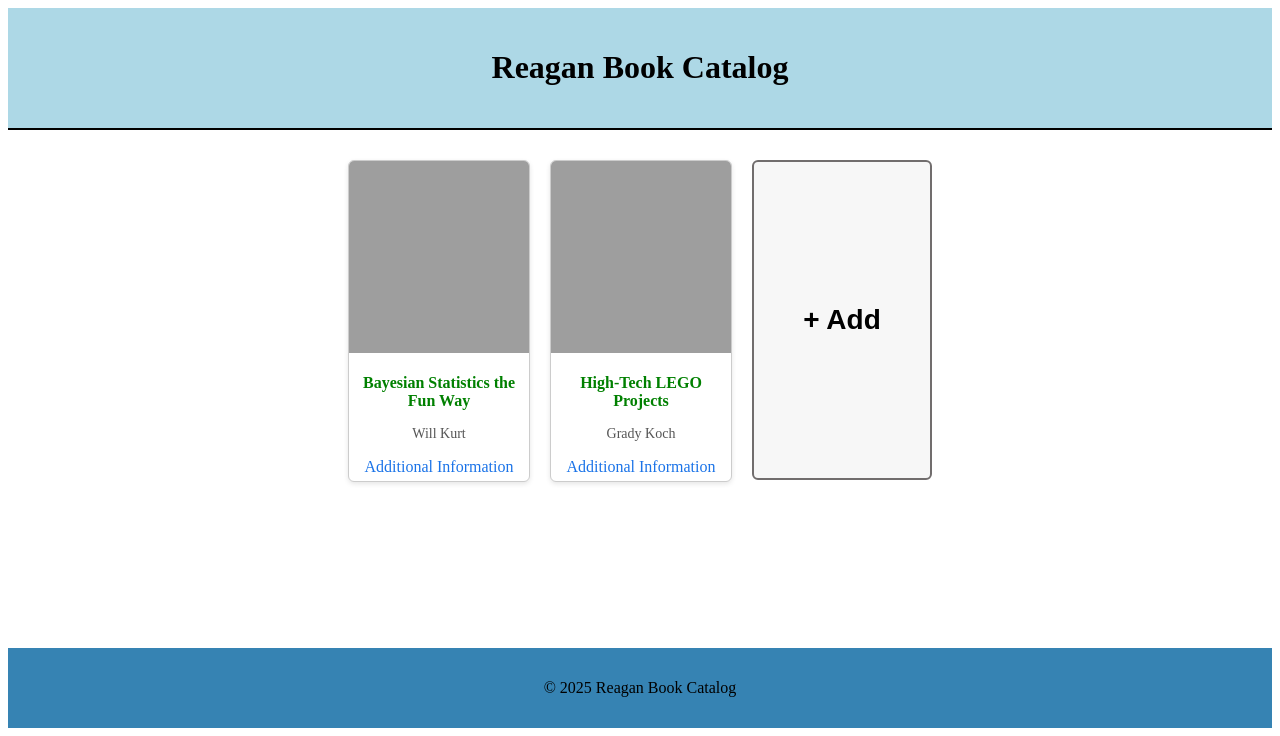
Repository: antyc0817/COMP-3170-Assignment-2-Reagan
Page: /
An editor plug-in stored every save of this project. The page is shown before and after the next save, followed by the edit.
The browser window is 1280 px wide. The pictures show the whole page.
Pictures or frames that could not be fetched are drawn as grey boxes. The project was rebuilt for these pictures with package versions that can differ from the ones it lists, and the page was loaded fresh each time. Also part of the build but not shown: vite.config.js, src/index.css.

Above is the page before, as saved 2025-09-11 18:48:26.

### index.html
<!DOCTYPE html>
<html lang="en">
    <head>
        <meta charset="UTF-8" />
        <meta
            name="viewport"
            content="width=device-width, initial-scale=1.0" />
        <title>Reagan's Book Catalog</title>
    </head>
    <body>
        <div id="root"></div>
        <script
            type="module"
            src="/src/main.jsx"></script>
    </body>
</html>

### src/App.jsx
import "./App.css";
import Book from "./book.jsx";

function App() {
    return (
        <div id='app-container'>
            <header>
                <h1>Reagan Book Catalog</h1>
            </header>

            <main className='content'>
                <Book
                    image='https://itbook.store/img/books/9781593279561.png'
                    title='Bayesian Statistics the Fun Way'
                    authors='Will Kurt'
                    link='https://itbook.store/books/9781593279561'
                />
                <Book
                    image='https://itbook.store/img/books/9781718500259.png'
                    title='High-Tech LEGO Projects'
                    authors='Grady Koch'
                    link='https://itbook.store/books/9781718500259'
                />
                <button className='add-button'>+ Add</button>
            </main>

            <footer>
                <p>© 2025 Reagan Book Catalog</p>
            </footer>
        </div>
    );
}

export default App;

### src/App.css
#app-container {
    display: flex;
    flex-direction: column;
    min-height: 100vh;
}
header {
    text-align: center;
    background-color: lightblue;
    padding: 20px;
    border-bottom: 2px solid #000;
}

footer {
    text-align: center;
    padding: 15px;
    background-color: #3683b3;
    margin-top: auto;
}

:root {
    --book-w: 180px;
    --book-h: 320px;
}

.content {
    display: flex;
    justify-content: center;
    gap: 20px;
    padding: 30px;
}

.book {
    width: var(--book-w);
    height: var(--book-h);
    border: 1px solid #ccc;
    border-radius: 6px;
    overflow: hidden; /* Ensure content doesn't overflow the rounded corners */
    display: flex;
    flex-direction: column;
    justify-content: space-between;
    background-color: #fff;
    box-shadow: 0 2px 5px rgba(0, 0, 0, 0.1);
}

.book__img {
    width: 100%;
    height: 60%;
    object-fit: cover;
}

/*
remove the fixed height and width
use align-content for container that holds the book information
*/

.book__title {
    font-size: 16px;
    margin: 10px 0 5px;
    text-align: center;
    color: green;
}

.book__author {
    margin: 0 0 5px 0;
    font-size: 14px;
    text-align: center;
    color: #555;
}

.book__link {
    text-decoration: none; /* Remove underline on the additional information */
    color: #1a73e8;
    text-align: center;
    display: block;
    margin-bottom: 5px;
    font-weight: 500;
}

.book:hover {
    transform: scale(1.05);
    box-shadow: 0 5px 15px rgba(0, 0, 0, 0.2); /* Make shadow appear on hover */
    transition: transform 0.2s ease, box-shadow 0.2s ease; /* Make it transition smooth for transform and shadow */
}

.add-button {
    width: var(--book-w);
    height: var(--book-h);
    display: flex;
    align-items: center;
    border-radius: 6px;
    justify-content: center;
    font-size: 28px;
    font-weight: bold;
    border: 2px solid #716d6d;
    background-color: #f7f7f7;
    transition: transform 0.2s ease, box-shadow 0.2s ease;
}

.add-button:hover {
    transform: scale(1.05);
    box-shadow: 0 5px 15px rgba(0, 0, 0, 0.2);
}

### src/book.jsx
function Book({ image, title, authors, link }) {
    return (
        <div className='book'>
            <img
                className='book__img'
                src={image}
                alt={title}
            />
            <h3 className='book__title'>{title}</h3>
            <p className='book__author'>{authors}</p>
            <a
                className='book__link'
                href={link}
                target='_blank'>
                Additional Information
            </a>
        </div>
    );
}

export default Book;

Loaded but not shown: src/main.jsx (common file)

After the next save:
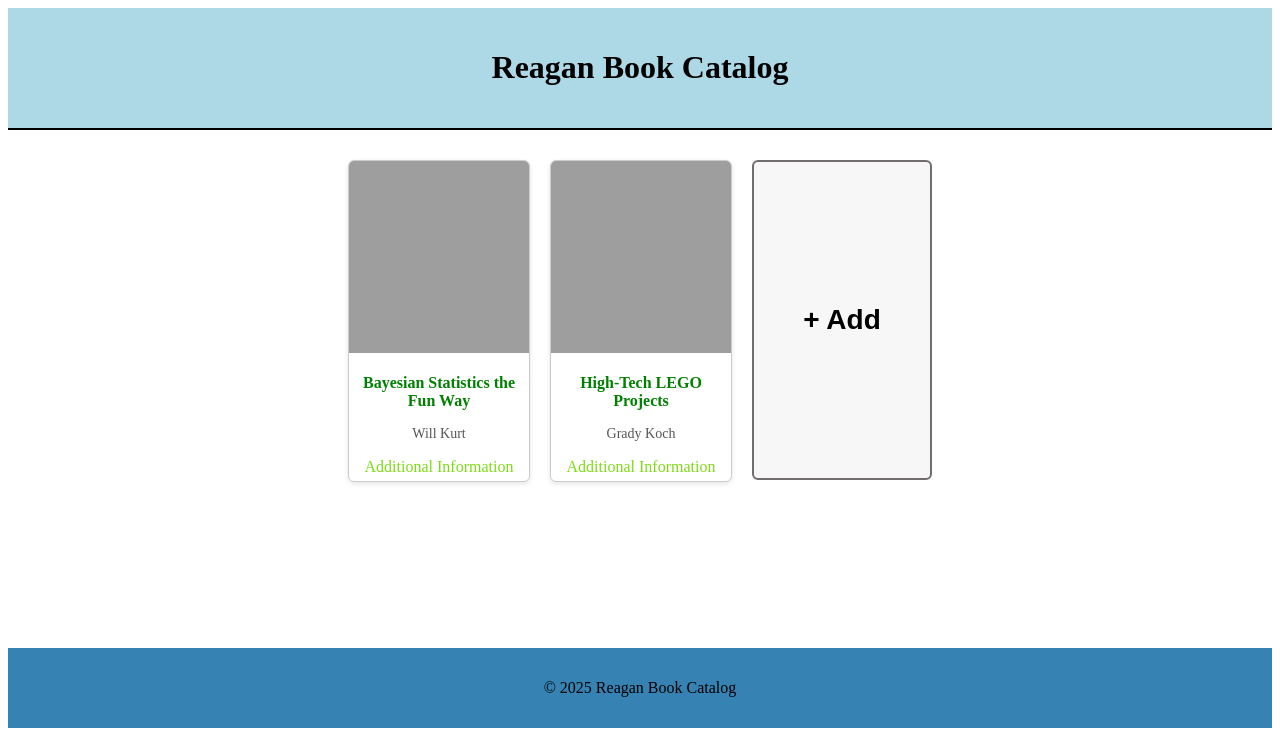
Saved 8 s later.
--- a/src/App.css
+++ b/src/App.css
@@ -69,7 +69,7 @@
 
 .book__link {
     text-decoration: none; /* Remove underline on the additional information */
-    color: #1a73e8;
+    color: #7fdb17;
     text-align: center;
     display: block;
     margin-bottom: 5px;

After the save that followed:
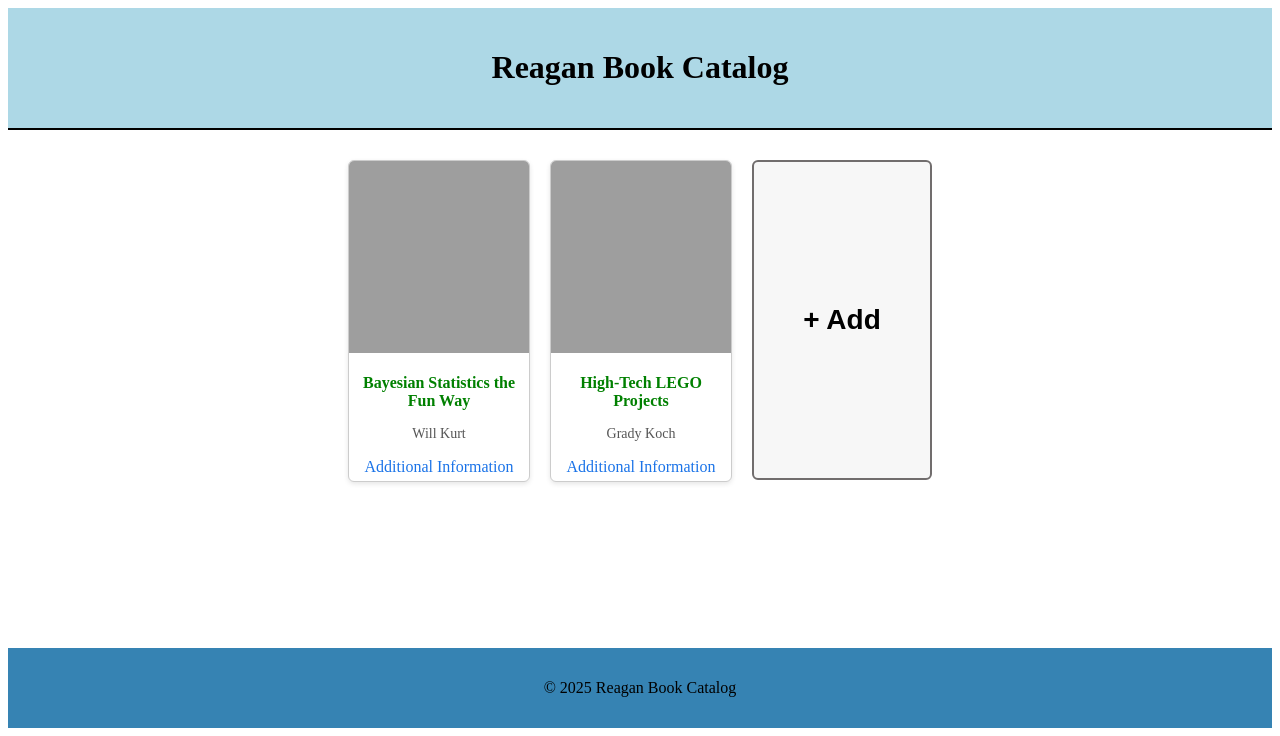
Saved 5 s later.
--- a/src/App.css
+++ b/src/App.css
@@ -69,7 +69,7 @@
 
 .book__link {
     text-decoration: none; /* Remove underline on the additional information */
-    color: #7fdb17;
+    color: #1a73e8;
     text-align: center;
     display: block;
     margin-bottom: 5px;
